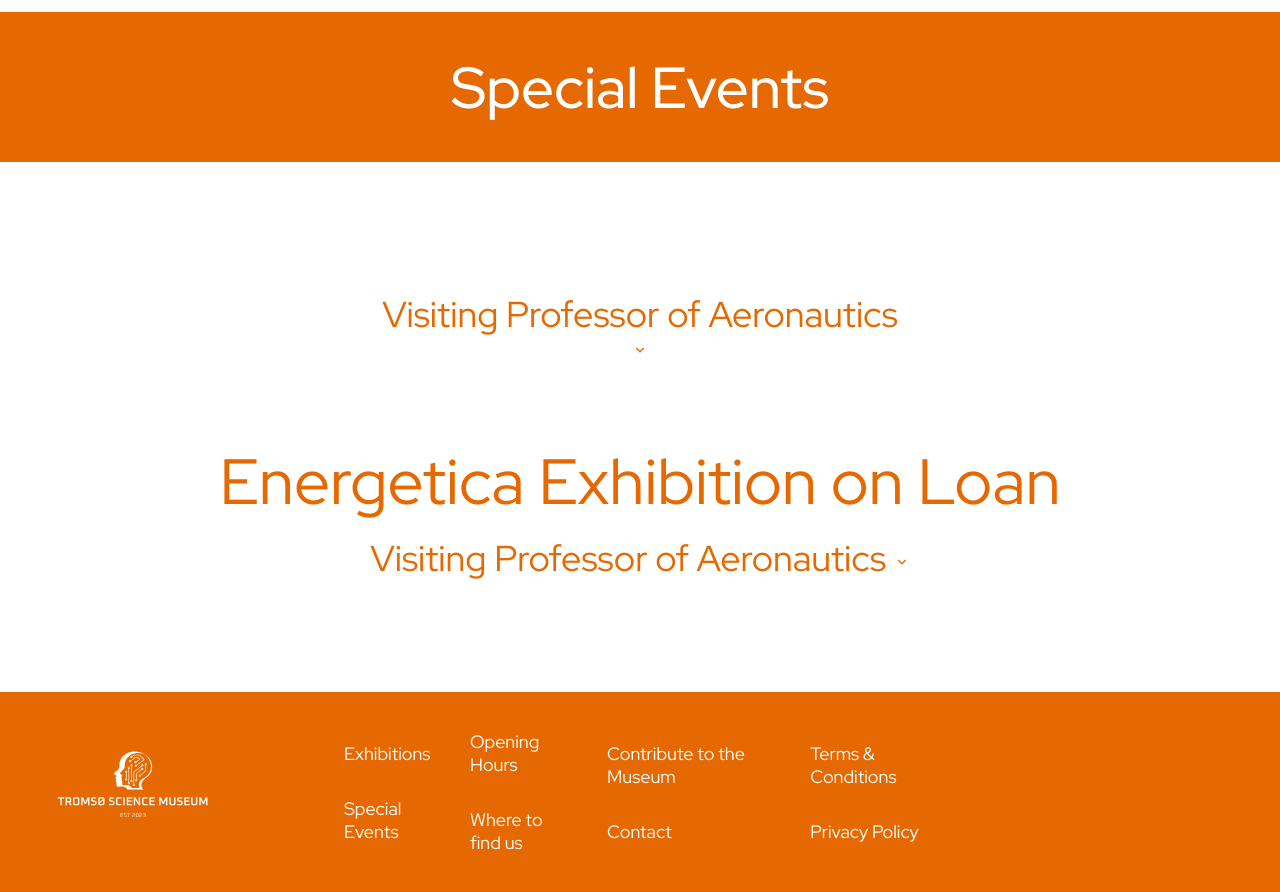
Repository: benjaminskarding/Semester-Project
Page: index.html
The author's editor kept a copy of each file at every save. The page is drawn from the files as they stood at one save, then again after the next save.
The browser window is 1280 px wide. The pictures show the part of the page from y = 5117 to 6009 px (the page is 6009 px tall before and 5849 px after).
A picture or video elsewhere on the page could not be fetched, so the positions and the page height are approximate.

Above is the page before, as saved 2023-12-04 12:53:04.

After the next save:
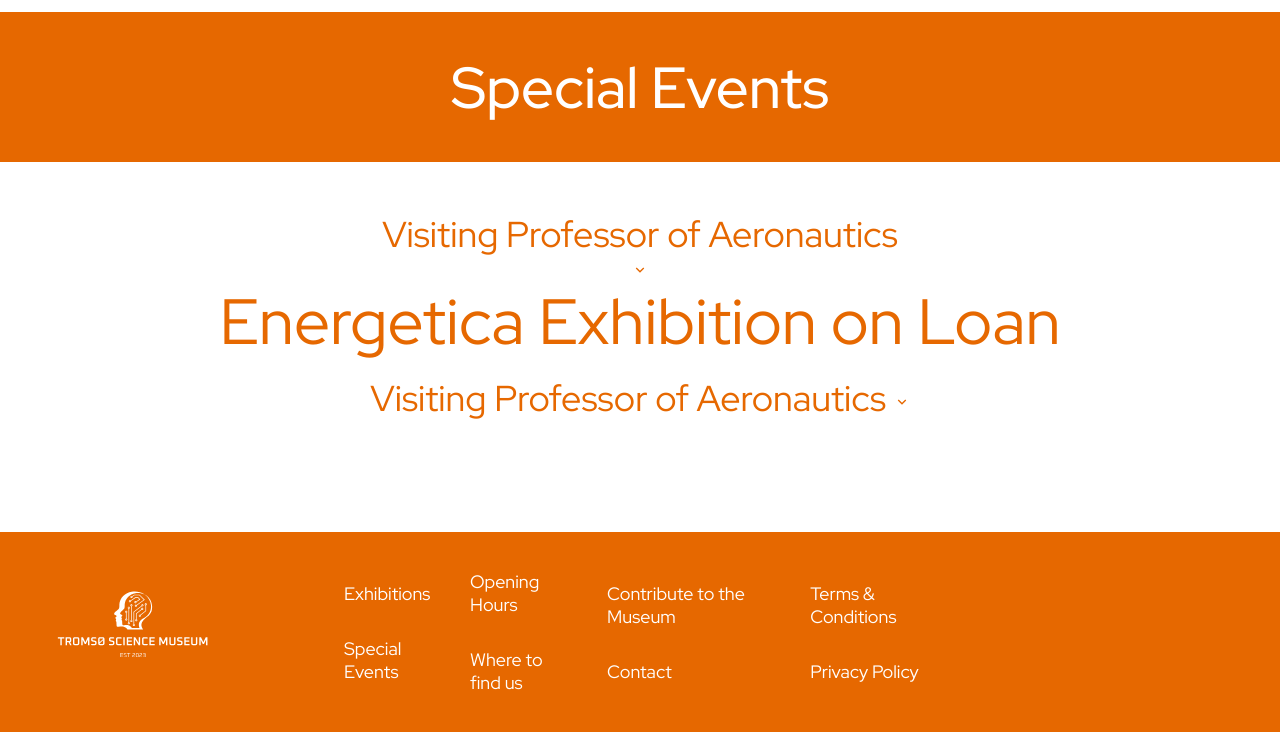
Saved 7 s later.
--- a/src/css/index.css
+++ b/src/css/index.css
@@ -372,10 +372,7 @@ h4 {
     margin-top: 3rem;
 }
 
-.specContent h5,
-.specContent h2 {
-    margin-top: 5rem;
-}
+
 
 
 .arrow {
